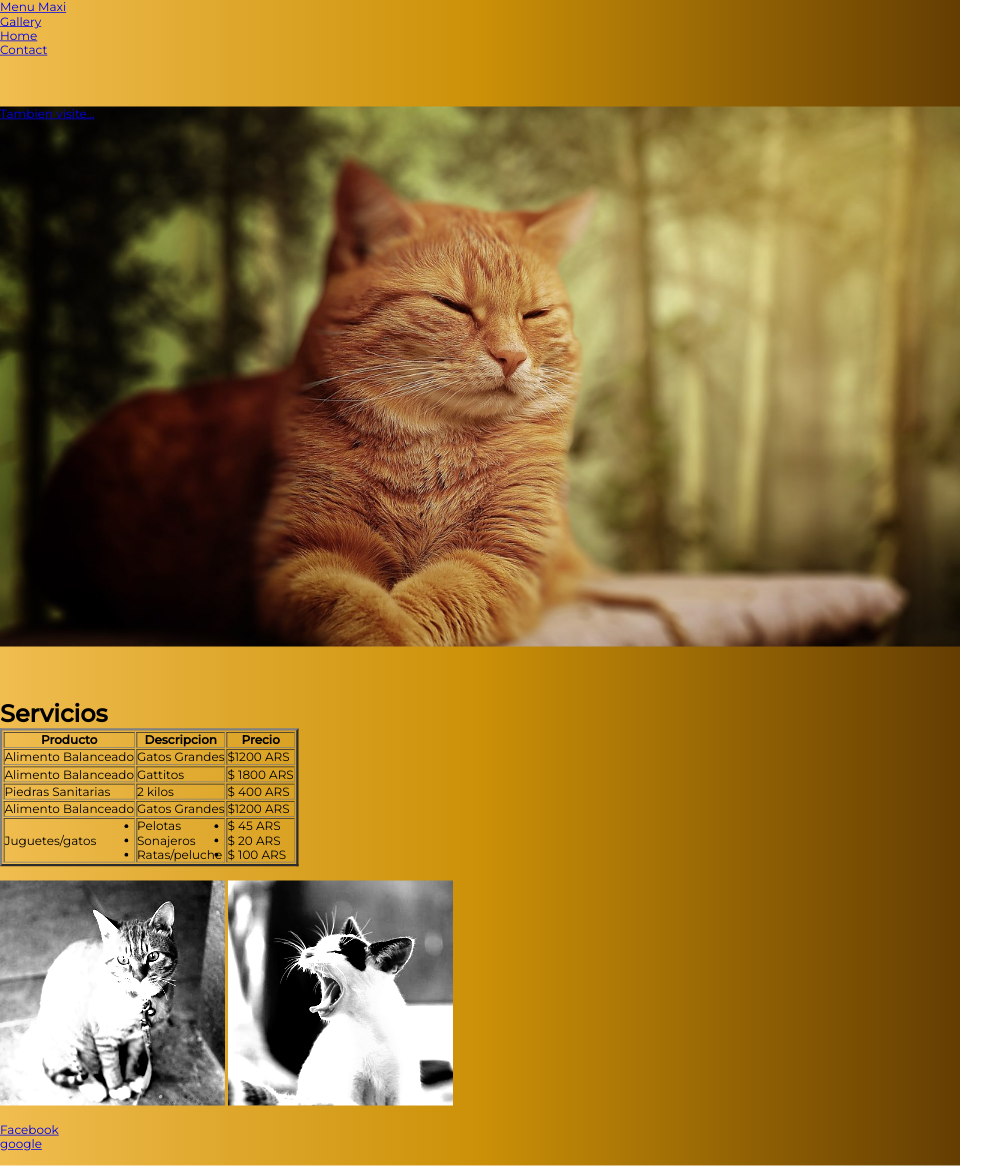
Repository: raul4264/final
Page: Services.html
The author's editor kept a copy of each file at every save. The page is drawn from the files as they stood at one save, then again after the next save.
The browser window is 1280 px wide. The page is 1280 px wide, then 1330 px, so the pictures cover 1330 px, including what lies to the right of the window. The pictures show the whole page, at 75% of full size.

Above is the page before, as saved 2021-03-26 11:43:48.

### Services.html
<!DOCTYPE html>
<html lang="en">

<head>
    <meta charset="UTF-8">
    <meta http-equiv="X-UA-Compatible" content="IE=edge">
    <meta name="viewport" content="width=device-width, initial-scale=1.0">
    <title>Services</title>
    <link href="css/services.css" rel="stylesheet" type="text/css">
</head>

<body>
    <header>
             <nav>
                <ul class="uno">
                    <li class="item"><a href="menu_maxi.html">Menu Maxi</a></li>
                    <li class="item"><a href="Gallery.html">Gallery</a></li>
                    <li class="item"><a href="index.html">Home</a></li>
                    <li class="item"><a href="Contact.html">Contact</a></li>
                </ul>

            </nav>

    </header>



        <div class="thumb">
            <a href="https://www.google.com/" target="_blank">
                  <span>Tambien visite...</span>
            </a>
      </div>

        <h1>Servicios</h1>
        <section  class="table">

            <table border="3px" cellpadding="15px">
                <tr>
                    <th>Producto</th>
                    <th>Descripcion</th>
                    <th>Precio</th>
                </tr>
                <tr>
                    <td>Alimento Balanceado</td>
                    <td>Gatos Grandes</td>
                    <td> $1200 ARS</td>
                </tr>
                <tr>
                    <td>Alimento Balanceado</td>
                    <td>Gattitos</td>
                    <td>$ 1800 ARS</td>
                </tr>
                <tr>
                    <td>Piedras Sanitarias</td>
                    <td>2 kilos</td>
                    <td>$ 400 ARS</td>
                </tr>
                <tr>
                    <td>Alimento Balanceado</td>
                    <td>Gatos Grandes</td>
                    <td>$1200 ARS</td>
                </tr>
                <tr>
                    <td>Juguetes/gatos</td>
                    <td>
                        <ul>
                            <li>Pelotas</li>
                            <li>Sonajeros</li>
                            <li>Ratas/peluche</li>
                        </ul>
                    </td>
                    <td>
                        <ul>
                            <li>$ 45 ARS</li>
                            <li>$ 20 ARS</li>
                            <li>$ 100 ARS</li>
                        </ul>
                    </td>
                </tr>
            </table>
            <br>
            <figure>
                <img src="images/3.jpg">
                <img src="images/2.jpg">

              </figure>
        </section>




    </main>


        <footer>
            <br>

            <ol>
                <li><a href="http://www.facebook.com" target="blanck">Facebook</a>

                </li>
                <li><a href="http://www.google.com" target="blanck">google</a>

                </li>
            </ol>
            <br>
        </footer>
</body>

</html>

### css/services.css
@import url('https://fonts.googleapis.com/css2?family=Montserrat:wght@400;500&family=Poppins:wght@300&display=swap');
* {
    font-family: 'Montserrat', sans-serif;
    margin: 0;
    padding: 0;
}

body{
	margin: 0;
    padding: 0;
    transition:all 3s ease-in-out;
}
nav{

}
img{
    width: 300px;
    filter: contrast(1.8) brightness(1.5) grayscale(1)
}

@import url(https://fonts.googleapis.com/css?family=Open+Sans);


body {

    /* background: linear-gradient(rgb(248, 217, 158), rgb(70, 46, 1)); */
    background: rgb(240,189,79);
background: linear-gradient(90deg, rgba(240,189,79,1) 0%, rgba(203,144,6,0.9948354341736695) 50%, rgb(100, 61, 2) 100%);
    font-family: 'Open Sans', sans-serif;
    height: 100vh;
    margin:0;
}

.thumb {
    width: 100vw;
    height: 100vh;
    margin: 70px auto;
    perspective: 1000px;
    transition:all 3s ease-in-out;
}

.thumb a {
    display: block;
    width: 100%;
    height: 100%;
    background: linear-gradient(rgba(0, 0, 0, 0.4), rgba(0, 0, 0, 0.4)),
		url("../images/1.jpg");
    background-size: 0, cover;
    transform-style: preserve-3d;
    transition: all 0.5s;
}
 header {
    display: flex;
    height: 10vh;
}
header nav{
    display: flex;

.thumb:hover a {
    transform: rotateX(80deg);
    transform-origin: bottom;
}
.thumb a:after {
    content: '';
    position: absolute;
    left: 0;
    bottom: 0;
    width: 100%;
    height: 36px;
    background: inherit;
    background-size: cover, cover;
    background-position: bottom;
    transform: rotateX(90deg);
    transform-origin: bottom;
}
.thumb a span {
    color: white;
    text-transform: uppercase;
    position: absolute;
    top: 100%;
    left: 0;
    width: 100%;
    font: bold 12px/36px "Open Sans";
    text-align: center;
    transform: rotateX(-89.99deg);
    transform-origin: top;
    z-index: 1;
}
.thumb a:before {
    content: '';
    position: absolute;
    top: 0;
    left: 0;
    width: 100%;
    height: 100%;
    background: rgba(0, 0, 0, 0.5);
    box-shadow: 0 0 100px 50px rgba(0, 0, 0, 0.5);
    transition: all 0.5s;
    opacity: 0.15;
    transform: rotateX(95deg) translateZ(-80px) scale(0.75);
    transform-origin: bottom;
}

.thumb:hover a:before {
    opacity: 1;
    box-shadow: 0 0 25px 25px rgba(0, 0, 0, 0.5);
    transform: rotateX(0) translateZ(-60px) scale(0.85);
}
.table{
    display: flex;
    transform:translate(50px, 30px) ;
}

.table:hover{
   font-weight: bolder;
   color: chartreuse;
   font-size: 1em;
   font-family:Verdana, Geneva, Tahoma, sans-serif;
   transform:translate(70px, 30px) ;
}
figure{
   transform: rotate(15deg );
   /*  transform: translateX(129px); */
   padding-bottom: 20px;
}
figure:hover{
  /*  transform: rotate(15deg );*/
      transform: translate(22px 50px);
 }
footer{
    height: 30vh;
    background: rgb(34, 34, 33);
    background: linear-gradient(90deg, rgb(247, 245, 243) 0%, rgba(48, 45, 40, 0.995) 50%, rgb(43, 36, 25) 100%);
}

After the next save:
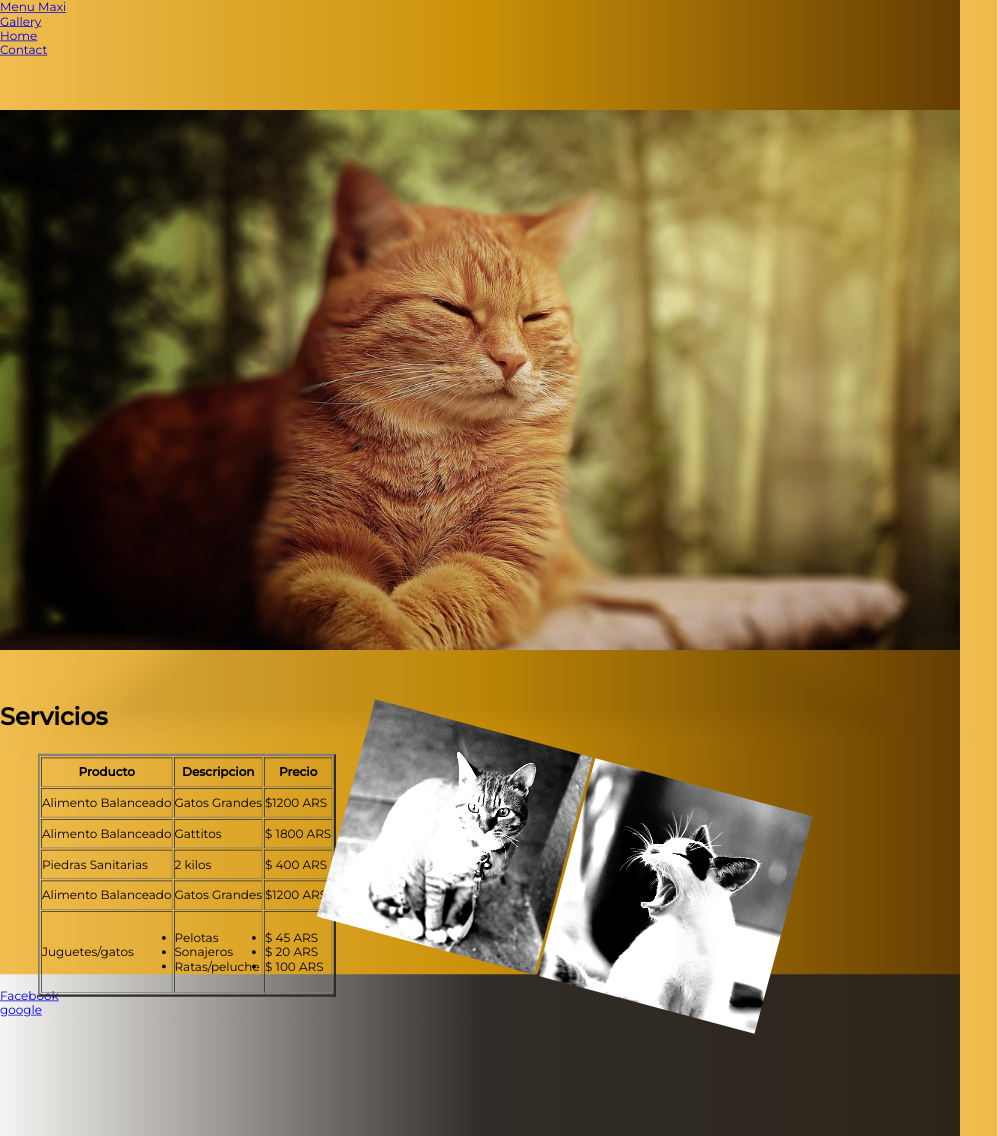
Saved 44 s later.
--- a/css/services.css
+++ b/css/services.css
@@ -49,12 +49,7 @@ background: linear-gradient(90deg, rgba(240,189,79,1) 0%, rgba(203,144,6,0.99483
     transform-style: preserve-3d;
     transition: all 0.5s;
 }
- header {
-    display: flex;
-    height: 10vh;
-}
-header nav{
-    display: flex;
+
 
 .thumb:hover a {
     transform: rotateX(80deg);
